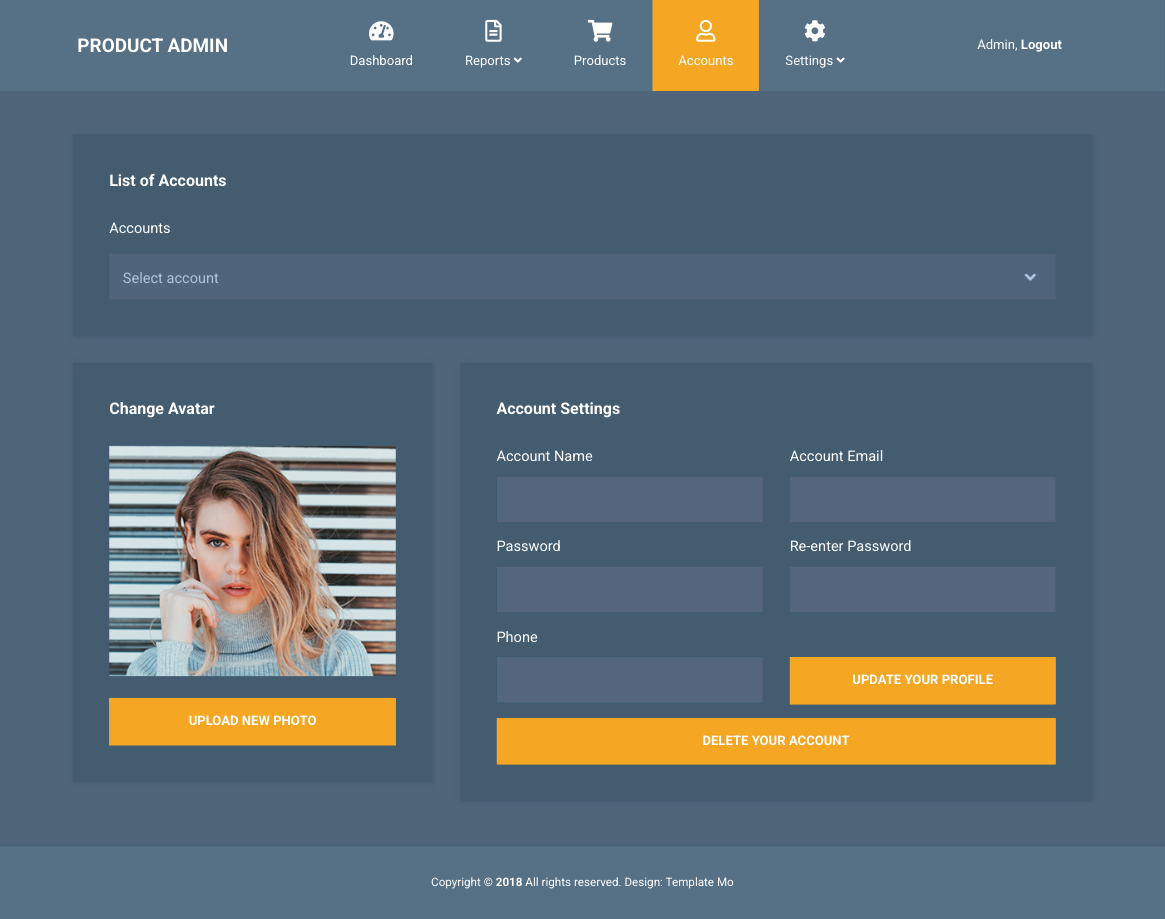
Repository: YJ-S2/2019-FaceAPI
Page: test1-master/web/123/WebContent/accounts.html
These files come from the project's save history. The page is drawn as it stood at one moment and after the next save; the edit follows.
The browser window is 1280 px wide. The pictures show the whole page, at 91% of full size.

Above is the page before, as saved 2019-08-07 05:46:16.

### test1-master/web/123/WebContent/accounts.html
<!DOCTYPE html>
<html lang="en">
  <head>
    <meta charset="UTF-8" />
    <meta name="viewport" content="width=device-width, initial-scale=1.0" />
    <meta http-equiv="X-UA-Compatible" content="ie=edge" />
    <title>Accounts - Product Admin Template</title>
    <link
      rel="stylesheet"
      href="https://fonts.googleapis.com/css?family=Roboto:400,700"
    />
    <!-- https://fonts.google.com/specimen/Roboto -->
    <link rel="stylesheet" href="css/fontawesome.min.css" />
    <!-- https://fontawesome.com/ -->
    <link rel="stylesheet" href="css/bootstrap.min.css" />
    <!-- https://getbootstrap.com/ -->
    <link rel="stylesheet" href="css/templatemo-style.css">
    <!--
	Product Admin CSS Template
	https://templatemo.com/tm-524-product-admin
	-->
  </head>

  <body id="reportsPage">
    <div class="" id="home">
      <nav class="navbar navbar-expand-xl">
        <div class="container h-100">
          <a class="navbar-brand" href="index.html">
            <h1 class="tm-site-title mb-0">Product Admin</h1>
          </a>
          <button
            class="navbar-toggler ml-auto mr-0"
            type="button"
            data-toggle="collapse"
            data-target="#navbarSupportedContent"
            aria-controls="navbarSupportedContent"
            aria-expanded="false"
            aria-label="Toggle navigation"
          >
            <i class="fas fa-bars tm-nav-icon"></i>
          </button>

          <div class="collapse navbar-collapse" id="navbarSupportedContent">
            <ul class="navbar-nav mx-auto h-100">
              <li class="nav-item">
                <a class="nav-link" href="index.html">
                  <i class="fas fa-tachometer-alt"></i> Dashboard
                  <span class="sr-only">(current)</span>
                </a>
              </li>
              <li class="nav-item dropdown">
                <a
                  class="nav-link dropdown-toggle"
                  href="#"
                  id="navbarDropdown"
                  role="button"
                  data-toggle="dropdown"
                  aria-haspopup="true"
                  aria-expanded="false"
                >
                  <i class="far fa-file-alt"></i>
                  <span> Reports <i class="fas fa-angle-down"></i> </span>
                </a>
                <div class="dropdown-menu" aria-labelledby="navbarDropdown">
                  <a class="dropdown-item" href="#">Daily Report</a>
                  <a class="dropdown-item" href="#">Weekly Report</a>
                  <a class="dropdown-item" href="#">Yearly Report</a>
                </div>
              </li>
              <li class="nav-item">
                <a class="nav-link" href="products.html">
                  <i class="fas fa-shopping-cart"></i> Products
                </a>
              </li>

              <li class="nav-item">
                <a class="nav-link active" href="accounts.html">
                  <i class="far fa-user"></i> Accounts
                </a>
              </li>
              <li class="nav-item dropdown">
                <a
                  class="nav-link dropdown-toggle"
                  href="#"
                  id="navbarDropdown"
                  role="button"
                  data-toggle="dropdown"
                  aria-haspopup="true"
                  aria-expanded="false"
                >
                  <i class="fas fa-cog"></i>
                  <span> Settings <i class="fas fa-angle-down"></i> </span>
                </a>
                <div class="dropdown-menu" aria-labelledby="navbarDropdown">
                  <a class="dropdown-item" href="#">Profile</a>
                  <a class="dropdown-item" href="#">Billing</a>
                  <a class="dropdown-item" href="#">Customize</a>
                </div>
              </li>
            </ul>
            <ul class="navbar-nav">
              <li class="nav-item">
                <a class="nav-link d-block" href="login.html">
                  Admin, <b>Logout</b>
                </a>
              </li>
            </ul>
          </div>
        </div>
      </nav>
      <div class="container mt-5">
        <div class="row tm-content-row">
          <div class="col-12 tm-block-col">
            <div class="tm-bg-primary-dark tm-block tm-block-h-auto">
              <h2 class="tm-block-title">List of Accounts</h2>
              <p class="text-white">Accounts</p>
              <select class="custom-select">
                <option value="0">Select account</option>
                <option value="1">Admin</option>
                <option value="2">Editor</option>
                <option value="3">Merchant</option>
                <option value="4">Customer</option>
              </select>
            </div>
          </div>
        </div>
        <!-- row -->
        <div class="row tm-content-row">
          <div class="tm-block-col tm-col-avatar">
            <div class="tm-bg-primary-dark tm-block tm-block-avatar">
              <h2 class="tm-block-title">Change Avatar</h2>
              <div class="tm-avatar-container">
                <img
                  src="img/avatar.png"
                  alt="Avatar"
                  class="tm-avatar img-fluid mb-4"
                />
                <a href="#" class="tm-avatar-delete-link">
                  <i class="far fa-trash-alt tm-product-delete-icon"></i>
                </a>
              </div>
              <button class="btn btn-primary btn-block text-uppercase">
                Upload New Photo
              </button>
            </div>
          </div>
          <div class="tm-block-col tm-col-account-settings">
            <div class="tm-bg-primary-dark tm-block tm-block-settings">
              <h2 class="tm-block-title">Account Settings</h2>
              <form action="" class="tm-signup-form row">
                <div class="form-group col-lg-6">
                  <label for="name">Account Name</label>
                  <input
                    id="name"
                    name="name"
                    type="text"
                    class="form-control validate"
                  />
                </div>
                <div class="form-group col-lg-6">
                  <label for="email">Account Email</label>
                  <input
                    id="email"
                    name="email"
                    type="email"
                    class="form-control validate"
                  />
                </div>
                <div class="form-group col-lg-6">
                  <label for="password">Password</label>
                  <input
                    id="password"
                    name="password"
                    type="password"
                    class="form-control validate"
                  />
                </div>
                <div class="form-group col-lg-6">
                  <label for="password2">Re-enter Password</label>
                  <input
                    id="password2"
                    name="password2"
                    type="password"
                    class="form-control validate"
                  />
                </div>
                <div class="form-group col-lg-6">
                  <label for="phone">Phone</label>
                  <input
                    id="phone"
                    name="phone"
                    type="tel"
                    class="form-control validate"
                  />
                </div>
                <div class="form-group col-lg-6">
                  <label class="tm-hide-sm">&nbsp;</label>
                  <button
                    type="submit"
                    class="btn btn-primary btn-block text-uppercase"
                  >
                    Update Your Profile
                  </button>
                </div>
                <div class="col-12">
                  <button
                    type="submit"
                    class="btn btn-primary btn-block text-uppercase"
                  >
                    Delete Your Account
                  </button>
                </div>
              </form>
            </div>
          </div>
        </div>
      </div>
      <footer class="tm-footer row tm-mt-small">
        <div class="col-12 font-weight-light">
          <p class="text-center text-white mb-0 px-4 small">
            Copyright &copy; <b>2018</b> All rights reserved.

            Design: <a rel="nofollow noopener" href="https://templatemo.com" class="tm-footer-link">Template Mo</a>
          </p>
        </div>
      </footer>
    </div>

    <script src="js/jquery-3.3.1.min.js"></script>
    <!-- https://jquery.com/download/ -->
    <script src="js/bootstrap.min.js"></script>
    <!-- https://getbootstrap.com/ -->
  </body>
</html>

### test1-master/web/123/WebContent/css/templatemo-style.css
/*

Product Admin CSS Template

https://templatemo.com/tm-524-product-admin

*/

html {
  font-size: 16px;
  overflow-x: hidden;
}
body {
  font-family: Roboto, Helvetica, Arial, sans-serif;
  background-color: #4e657a;
  overflow-x: hidden;
}
a {
  transition: all 0.3s ease;
}
a:focus,
a:hover {
  text-decoration: none;
}
button:focus {
  outline: 0;
}
.navbar-brand {
  display: flex;
  align-items: center;
}
.tm-site-icon {
  color: #656565;
}
.tm-site-title {
  display: inline-block;
  text-transform: uppercase;
  font-size: 1.3rem;
  font-weight: 700;
  color: #fff;
}
.navbar {
  height: 100px;
  background-color: #567086;
  padding: 0;
}
.navbar .container {
  position: relative;
}
.tm-logout-icon {
  font-size: 1.5em;
}
.tm-mt-big {
  margin-top: 57px;
}
.tm-mb-big {
  margin-bottom: 60px;
}
.tm-mt-small {
  margin-top: 20px;
}
.tm-block-col {
  margin-bottom: 30px;
}
.tm-block {
  padding: 40px;
  -webkit-box-shadow: 1px 1px 5px 0 #455c71;
  -moz-box-shadow: 1px 1px 5px 0 #455c71;
  box-shadow: 1px 1px 5px 0 #455c71;
  min-height: 350px;
  height: 100%;
  max-height: 450px;
}
.tm-block-avatar,
.tm-block-settings {
  max-height: none;
}
.tm-block-avatar {
  height: auto;
}
.tm-block-h-auto {
  min-height: 1px;
  max-height: none;
  height: auto;
}
.tm-block-scroll {
  overflow-y: scroll;
}
.tm-block-overflow {
  overflow: hidden;
}
.tm-block-title {
  font-size: 1.1rem;
  font-weight: 700;
  color: #fff;
  margin-bottom: 30px;
}
.nav-link {
  color: #fff;
  height: 100%;
  display: flex;
  align-items: center;
  justify-content: center;
  flex-direction: column;
  font-size: 90%;
}
.nav-link > i {
  margin-bottom: 10px;
  margin-right: 0;
  font-size: 1.5rem;
}
.dropdown-item,
.nav-link {
  padding: 15px 20px;
}
.dropdown-menu {
  font-size: 90%;
  color: #fff;
  background-color: #567086;
  border-radius: 0;
  padding-top: 10px;
  padding-bottom: 10px;
  min-width: auto;
}
.dropdown-item {
  color: #fff;
  padding: 15px 30px;
}
.navbar-nav .active > .nav-link,
.navbar-nav .nav-link.active {
  background-color: #f5a623;
  color: #fff;
}
.navbar-nav .nav-link.active i {
  color: #fff;
}
.dropdown-item:focus,
.dropdown-item:hover {
  background-color: #567086;
}
.navbar-nav a:hover,
.navbar-nav a:hover i {
  color: #f5a623;
}
.nav-item {
  text-align: center;
}
.nav-item:last-child {
  margin-right: 0;
}
.dropdown-toggle::after {
  display: none;
}
.dropdown-menu {
  margin-top: 0;
  border: 0;
}
.tm-content-row {
  justify-content: space-between;
  margin-left: -20px;
  margin-right: -20px;
}
.tm-col {
  padding-left: 20px;
  padding-right: 20px;
  margin-bottom: 50px;
}
.tm-col-big {
  width: 39%;
}
.tm-col-small {
  width: 21.95%;
}
.tm-gray-circle {
  width: 80px;
  height: 80px;
  background-color: #aaa;
  border-radius: 50%;
  margin-right: 15px;
}
.tm-notification-items {
  overflow-y: scroll;
  height: 90%;
}
.tm-notification-item {
  padding: 15px;
  background-color: #4e657a;
  color: #fff;
  font-size: 95%;
  margin-bottom: 15px;
}
.tm-notification-item:last-child {
  margin-bottom: 0;
}
.tm-notification-link {
  color: #f5a623;
}
.tm-text-color-secondary {
  color: #bdcbd8;
}
.tm-small {
  font-size: 90%;
}
.table {
  background-color: #50697f;
  color: #fff;
  font-size: 85%;
  margin-bottom: 0;
}
thead {
  background-color: #486177;
  color: #fff;
}
.table thead th {
  border-bottom: 0;
}
.tm-status-circle {
  display: inline-block;
  margin-right: 5px;
  vertical-align: middle;
  width: 5px;
  height: 5px;
  border-radius: 50%;
  margin-top: -3px;
}
.moving {
  background-color: #9be64d;
  box-shadow: 0 0 8px #9be64d, inset 0 0 8px #9be64d;
}
.pending {
  background-color: #efc54b;
  box-shadow: 0 0 8px #efc54b, inset 0 0 8px #efc54b;
}
.cancelled {
  background-color: #da534f;
  box-shadow: 0 0 8px #da534f, inset 0 0 8px #da534f;
}
.tm-avatar {
  width: 345px;
}
.tm-avatar-container {
  position: relative;
  cursor: pointer;
  display: flex;
  align-items: center;
  flex-direction: column;
}
.tm-avatar-delete-link {
  position: absolute;
  left: 50%;
  top: 50%;
  margin-left: -25px;
  margin-top: -25px;
  z-index: 1000;
  padding: 14px;
  border-radius: 50%;
  background-color: rgba(57, 78, 100, 0.7);
  display: inline-block;
  width: 50px;
  height: 50px;
  text-align: center;
  display: none;
  transition: all 0.2s ease;
}
.tm-avatar-container:hover .tm-avatar-delete-link {
  display: block;
}
.tm-col-avatar {
  max-width: 425px;
  width: 37%;
  padding-left: 15px;
  padding-right: 15px;
}
.tm-col-account-settings {
  max-width: 822px;
  width: 63%;
  padding-left: 15px;
  padding-right: 15px;
}
.form-control {
  background-color: #54657d;
  color: #fff;
  border: 0;
}
.form-control:focus {
  background-color: #60738e;
  color: #fff;
  border-color: transparent;
  box-shadow: 0 0 0 0.1rem rgb(180, 206, 233, 0.5);
}
.form-group label {
  color: #fff;
  margin-bottom: 10px;
}
.tm-hide-sm {
  display: block;
}
.tm-list-group {
  counter-reset: myOrderedListItemsCounter;
  padding-left: 0;
}
.tm-list-group > li {
  list-style-type: none;
  position: relative;
  cursor: pointer;
  transition: all 0.3s ease;
  padding: 8px;
}
.tm-list-group > li:hover {
  color: #0266c4;
}
.tm-list-group > li:before {
  counter-increment: myOrderedListItemsCounter;
  content: counter(myOrderedListItemsCounter) ".";
  margin-right: 0.5em;
}
.tm-list {
  padding-left: 30px;
}
.tm-list > li {
  margin-bottom: 20px;
}
.form-control {
  padding: 19px 18px;
  border-radius: 0;
  height: 50px;
}
.form-group {
  margin-bottom: 15px;
}
.btn {
  border-radius: 0;
  padding: 13px 28px;
  transition: all 0.2s ease;
  max-width: 100%;
}
.btn-small {
  padding: 10px 24px;
}
.btn-primary {
  color: #fff;
  background-color: #f5a623;
  border: 2px solid #f5a623;
  font-size: 90%;
  font-weight: 600;
}
.btn-primary:active,
.btn-primary:hover {
  color: #f5a623;
  background-color: transparent;
  border: 2px solid #f5a623;
}
.custom-file-input {
  cursor: pointer;
}
.custom-file-label {
  border-radius: 0;
}
.table td,
.table th {
  border-top: 1px solid #415a70;
  padding: 15px 25px;
  vertical-align: middle;
}
.tm-table-small td,
.tm-table-small th {
  padding-left: 12px;
  padding-right: 12px;
}
.table-hover tbody tr {
  transition: all 0.2s ease;
}
.table-hover tbody tr:hover {
  color: #a0c0de;
}
.tm-bg-primary-dark {
  background-color: #435c70;
}
.tm-bg-gray {
  background-color: rgba(0, 0, 0, 0.05);
}
.tm-table-mt {
  margin-top: 66px;
}
.page-item:first-child .page-link {
  border-top-left-radius: 0;
  border-bottom-left-radius: 0;
}
.page-item:last-child .page-link {
  border-top-right-radius: 0;
  border-bottom-right-radius: 0;
}
.page-link {
  padding: 12px 18px;
}
.page-link,
.page-link:hover {
  color: #000;
}
.page-item {
  margin-right: 18px;
}
.page-item:last-child {
  margin-right: 0;
}
.page-item.active .page-link {
  background-color: #e9ecef;
  border-color: #dee2e6;
  color: #000;
}
input[type="checkbox"] {
  cursor: pointer;
  -webkit-appearance: none;
  appearance: none;
  background-color: #394e64;
  background-position: center;
  border-radius: 50%;
  box-sizing: border-box;
  position: relative;
  box-sizing: content-box;
  width: 24px;
  height: 24px;
  transition: all 0.1s linear;
}
input[type="checkbox"]:checked {
  background: url(../img/check-mark.png) #394e64 center no-repeat;
}
input[type="checkbox"]:focus {
  outline: 0 none;
  box-shadow: none;
}
.tm-block-products {
  min-height: 725px;
}
.tm-block-product-categories {
  min-height: 650px;
}
.tm-product-table-container {
  max-height: 465px;
  margin-bottom: 15px;
  overflow-y: scroll;
}
.tm-product-table tr {
  font-weight: 600;
}
.tm-product-name {
  font-size: 0.95rem;
  font-weight: 600;
}
.tm-product-delete-icon {
  font-size: 1.1rem;
  color: #fff;
}
.tm-product-delete-link {
  padding: 10px;
  border-radius: 50%;
  background-color: #394e64;
  display: inline-block;
  width: 40px;
  height: 40px;
  text-align: center;
}
.tm-product-delete-link:hover .tm-product-delete-icon {
  color: #6d8ca6;
}
.custom-select {
  width: 100%;
  border: none;
  color: #acc6de;
  height: 50px;
  -webkit-appearance: none;
  -moz-appearance: none;
  -ms-appearance: none;
  -o-appearance: none;
  appearance: none;
  -webkit-border-radius: 0;
  -moz-border-radius: 0;
  -ms-border-radius: 0;
  -o-border-radius: 0;
  border-radius: 0;
  padding: 15px;
  background: url(../img/arrow-down.png) 98% no-repeat #50657b;
}
.custom-select:focus {
  outline: 0;
}
.tm-trash-icon {
  color: #6e6c6c;
  cursor: pointer;
}
.tm-trash-icon:hover {
  color: #9f1321;
}
.tm-footer {
  background-color: #567086;
  padding-top: 30px;
  padding-bottom: 30px;
  -webkit-box-shadow: 0 -3px 5px 0 rgba(69, 92, 113, 0.59);
  -moz-box-shadow: 0 -3px 5px 0 rgba(69, 92, 113, 0.59);
  box-shadow: 0 -3px 5px 0 rgba(69, 92, 113, 0.59);
}
.custom-select {
  height: 50px;
  border-radius: 0;
}
.tm-product-img-dummy {
  max-width: 100%;
  height: 240px;
  display: flex;
  align-items: center;
  justify-content: center;
  color: #fff;
  background: #aaa;
}
.tm-product-img-edit {
  max-width: 100%;
  position: relative;
}
.tm-product-img-edit i {
  display: none;
  position: absolute;
}
.tm-product-img-edit:hover i {
  display: block;
}
.tm-upload-icon {
  background: #455c71;
  width: 55px;
  height: 55px;
  border-radius: 50%;
  text-align: center;
  padding-top: 15px;
  font-size: 22px;
}
.tm-login-col {
  max-width: 470px;
}
.navbar-toggler {
  border-color: #708da8;
  box-shadow: rgba(255, 255, 255, 0.1) 0 1px 1px 2px;
  border-radius: 0;
  padding: 10px 15px;
  transition: all 0.2s ease;
}
.navbar-toggler:hover {
  border-color: #f5a623;
  color: #f5a623;
}
.tm-nav-icon {
  color: #fff;
}
.navbar-toggler:hover .tm-nav-icon {
  color: #f5a623;
}
::-webkit-scrollbar {
  width: 8px;
  height: 8px;
}
::-webkit-scrollbar-track {
  background: #394f62;
}
::-webkit-scrollbar-thumb {
  background: #6d8da6;
}
::-webkit-scrollbar-thumb:hover {
  background: #8ab5d6;
}

.tm-footer-link {
  color: white;
}

.tm-footer-link:hover,
.tm-footer-link:focus {
  color: #aacbea;
}

@media (min-width: 1200px) {
  .navbar-expand-xl .navbar-nav .nav-link {
    padding-left: 28px;
    padding-right: 28px;
  }
  .navbar-collapse {
    height: 100%;
  }
}
@media (min-width: 992px) {
  .navbar-expand-lg .navbar-nav .nav-link {
    padding: 15px 20px;
  }
}
@media (max-width: 1275px) and (min-width: 1200px) {
  .nav-item {
    margin-right: 15px;
  }
}
@media (max-width: 1350px) {
  .nav-item {
    margin-right: 1px;
  }
}
@media (max-width: 1199px) {
  .tm-col-big,
  .tm-col-small {
    width: 49.65%;
  }
  .navbar-collapse {
    padding: 0;
    box-shadow: rgba(255, 255, 255, 0.1) 0 1px 1px 1px;
    position: absolute;
    top: 72px;
    right: 20px;
    width: 200px;
    z-index: 1000;
  }
  .dropdown-menu {
    text-align: center;
  }
  .nav-link {
    color: #fff;
    background-color: #567086;
    padding: 15px;
    flex-direction: row;
  }
  .nav-link > i {
    font-size: 1rem;
    margin-right: 10px;
    margin-bottom: 0;
  }
  .nav-item {
    margin-right: 0;
  }
  .tm-block-taller {
    max-height: 520px;
  }
}
@media (max-width: 1199.98px) {
  .navbar-expand-xl > .container,
  .navbar-expand-xl > .container-fluid {
    padding-left: 15px;
    padding-right: 15px;
  }
  .navbar-collapse {
    right: 15px;
  }
}
@media (max-width: 991px) {
  .tm-col-big,
  .tm-col-small {
    width: 100%;
    min-height: 383px;
    height: auto;
  }
  .tm-block {
    padding: 30px;
  }
}
@media (max-width: 767px) {
  .tm-col-account-settings,
  .tm-col-avatar {
    width: 100%;
    max-width: 100%;
  }
  .tm-block-avatar {
    display: flex;
    flex-direction: column;
  }
  .tm-avatar {
    align-self: center;
  }
  .tm-hide-sm {
    display: none;
  }
}
@media (max-width: 633px) {
  .page-item {
    margin-top: 10px;
  }
  .custom-select {
    background-position: 96%;
  }
}
@media (max-width: 574px) {
  .navbar-collapse {
    top: 47px;
  }
  .navbar {
    height: 50px;
  }
  .tm-site-title {
    font-size: 1.4rem;
    margin-left: 7px;
  }
  .tm-site-icon {
    font-size: 2em;
  }
}
@media (max-width: 480px) {
  .tm-mt-big {
    margin-top: 45px;
  }
  .tm-mb-big {
    margin-bottom: 45px;
  }
  #barChart,
  #lineChart {
    max-height: 350px;
  }
}

Loaded but not shown: test1-master/web/123/WebContent/css/fontawesome.min.css (library); test1-master/web/123/WebContent/css/bootstrap.min.css (library); test1-master/web/123/WebContent/js/jquery-3.3.1.min.js (library); test1-master/web/123/WebContent/js/bootstrap.min.js (library)

After the next save:
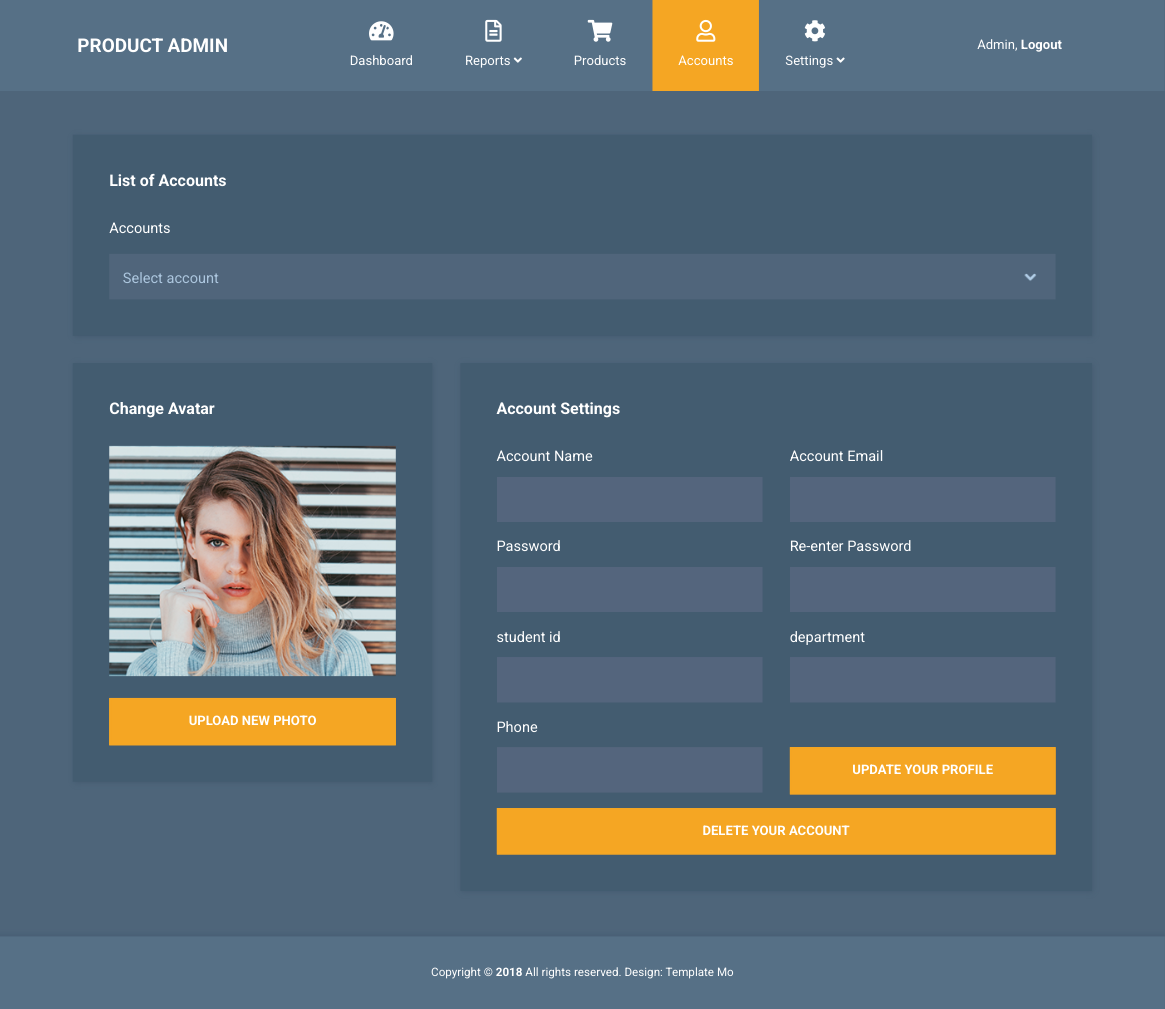
Saved 3 min 28 s later.
--- a/test1-master/web/123/WebContent/accounts.html
+++ b/test1-master/web/123/WebContent/accounts.html
@@ -185,6 +185,24 @@
                   />
                 </div>
                 <div class="form-group col-lg-6">
+                  <label for="student_id">student id</label>
+                  <input
+                    id="student_id"
+                    name="student_id"
+                    type="student_id"
+                    class="form-control validate"
+                  />
+                </div>
+                <div class="form-group col-lg-6">
+                  <label for="department">department</label>
+                  <input
+                    id="department"
+                    name="department"
+                    type="department"
+                    class="form-control validate"
+                  />
+                </div>
+                <div class="form-group col-lg-6">
                   <label for="phone">Phone</label>
                   <input
                     id="phone"
